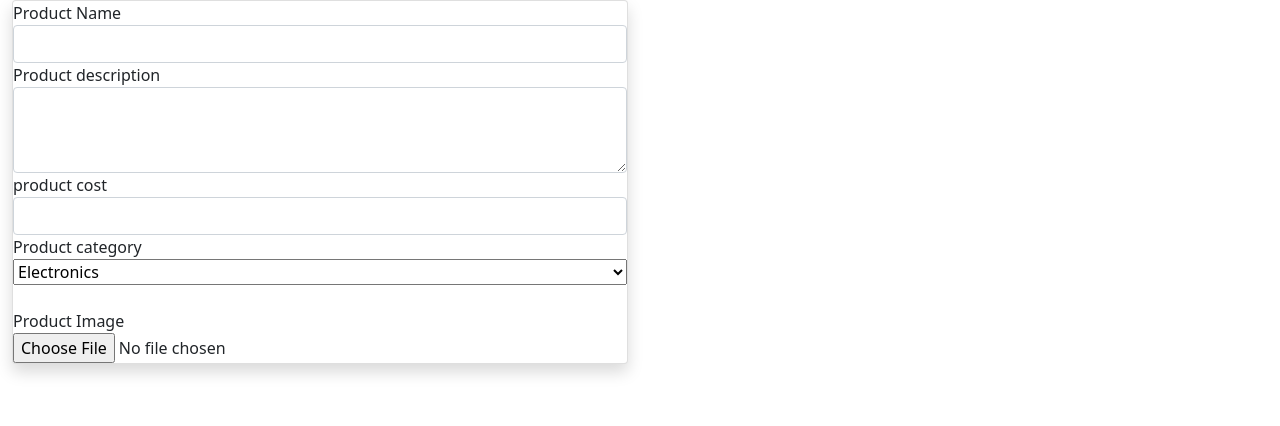
Repository: shanicenaliakanyongesa/Shanice
Page: http://localhost/upload
The author's editor kept a copy of each file at every save. The page is drawn from the files as they stood at one save, then again after a run of saves.
The browser window is 1280 px wide. The pictures show the whole page.
The page is served by the project's application, run on Flask 3 (app.py).

Above is the page before, as saved 2024-02-16 15:01:32.

### Desktop/shaniceflask/templates/upload.html
<!DOCTYPE html>
<html lang="en">
<head>
    <meta charset="UTF-8">
    <meta name="viewport" content="width=device-width, initial-scale=1.0">
    <title>Upload</title>
    <link rel="stylesheet" href="../static/files/css/bootstrap.css">
</head>
<body>
    <div class="container-fluid">
        <section class="row">
            <div class="col-md-6">
                <div class="card shadow">
                    <label for="">Product Name</label>
                    <input type="text" name="product_name" id="" class="form-control" required >
                    <label for="">Product description</label>
                    <textarea name="product_desc" id="" cols="30" rows="3" class="form-control" required></textarea>
                    <label for="">product cost</label>
                    <input type="number" name="product_cost" id="" class="form-control" required>

                    <label for="">Product category</label>
                    <select name="product_category" id="" >
                        <option value="Electronics">Electronics</option>
                        <option value="Clothes">Clothes</option>
                        <option value="utensils">utensils</option>
                        <option value="smartphones">Smartphones</option>
                        <option value="others">others</option>
                    </select>
                    <br>
                    <label for="">Product Image</label>
                    <input type="file" name="" id="">




                </div>

            </div>

        </section>

    </div>


 </div>
</div>
</body>
</html>

### Desktop/shaniceflask/app.py
from flask import *
import pymysql
app=Flask(__name__)
@app.route('/hello')
def hello():
    return 'hello sokogarden'
@app.route('/about')
def about():
    return 'sokogarden'

@app.route('/home')
def home():
     return render_template ('home.html')
@app.route('/upload', methods=['POST','GET'])
def upload():
    if request.method=='POST':
        product_name=request.form['product_name']
        product_desc=request.form['product_desc']
        product_cost=request.form['product_cost']
        product_category=request.form['product_category']
        product_image_name=request.files['product_image_name']
        product_image_name.save('static/images/' + product_image_name.filename)
     #connecting our database
        connection=pymysql.connect(
        host='localhost', user='root',password='', database='sokogarden'
        )
        cursor=connection.cursor()
        data=(product_name,product_desc,product_cost,product_category,product_image_name.filename)
        sql="insert into products(product_name,product_desc,product_cost,product_category,product_image_name)values(%s,%s,%s,%s,%s)"
        try:
            cursor.execute(sql,data)
            connection.commit()
            return render_template('upload.html', message='Product Added Succesfully')
        except:
            connection.rollback()
            return render_template('upload.html', message='Failed, Try Again Later')
    else:
        return render_template('upload.html', message='Please Add Product Details')




if (__name__) == ('__main__'):
   app.run(debug=True)

Loaded but not shown: Desktop/shaniceflask/static/files/css/bootstrap.css (library)

After the next 5 saves:
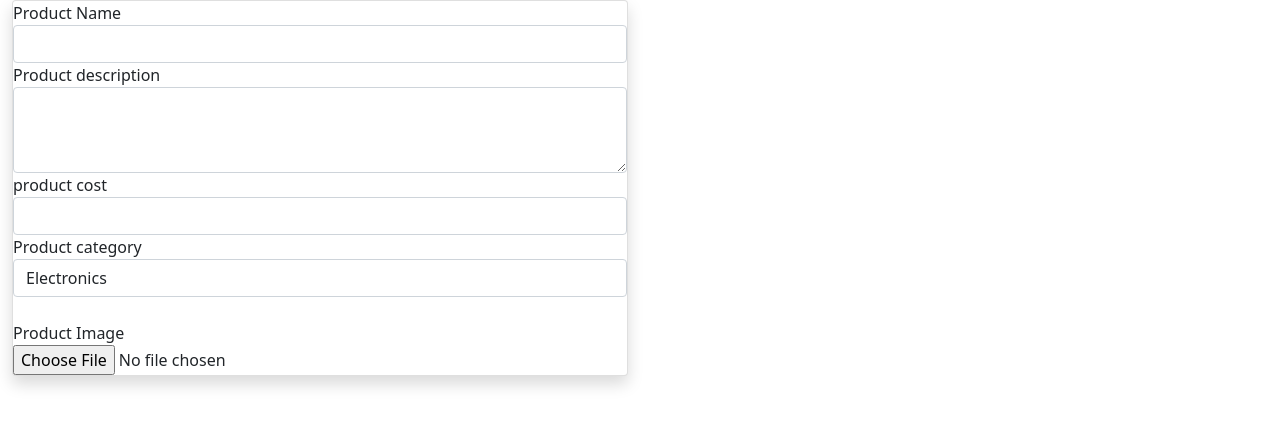
The 5 saves are shown as one change because they came seconds apart.
The last was saved 14 s later.
--- a/Desktop/shaniceflask/templates/upload.html
+++ b/Desktop/shaniceflask/templates/upload.html
@@ -19,7 +19,7 @@
                     <input type="number" name="product_cost" id="" class="form-control" required>
 
                     <label for="">Product category</label>
-                    <select name="product_category" id="" >
+                    <select name="product_category" id="" class="form-control">
                         <option value="Electronics">Electronics</option>
                         <option value="Clothes">Clothes</option>
                         <option value="utensils">utensils</option>
